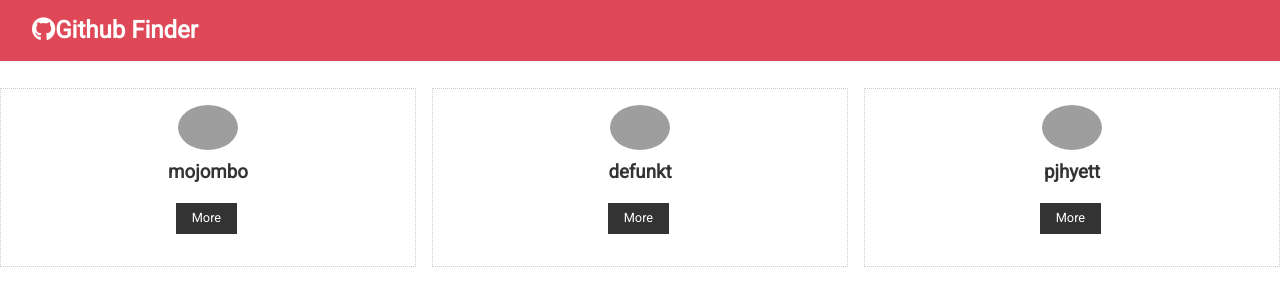
Repository: messimacky/github-finder
Page: /
The author's editor kept a copy of each file at every save. The page is drawn from the files as they stood at one save, then again after the next save.
The browser window is 1280 px wide. The pictures show the whole page.
Pictures or frames that could not be fetched are drawn as grey boxes. Some web libraries are served in a nearby version. The project was rebuilt for these pictures with package versions that can differ from the ones it lists, and the page was loaded fresh each time.

Above is the page before, as saved 2022-02-21 17:24:14.

After the next save:
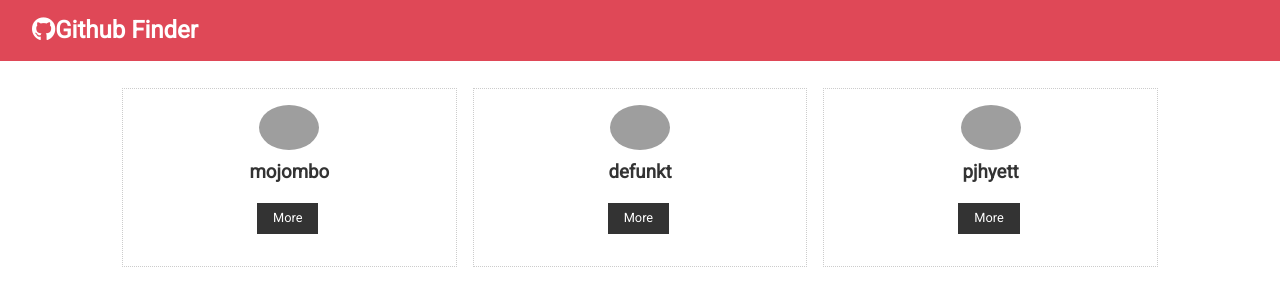
Saved 12 s later.
--- a/src/App.js
+++ b/src/App.js
@@ -11,8 +11,8 @@
  return (
     <div className='App'>
    <Navbar />
-<div className="container"> </div>
-<Users />
+<div className="container"> <Users /></div>
+
 
     </div>
   );
